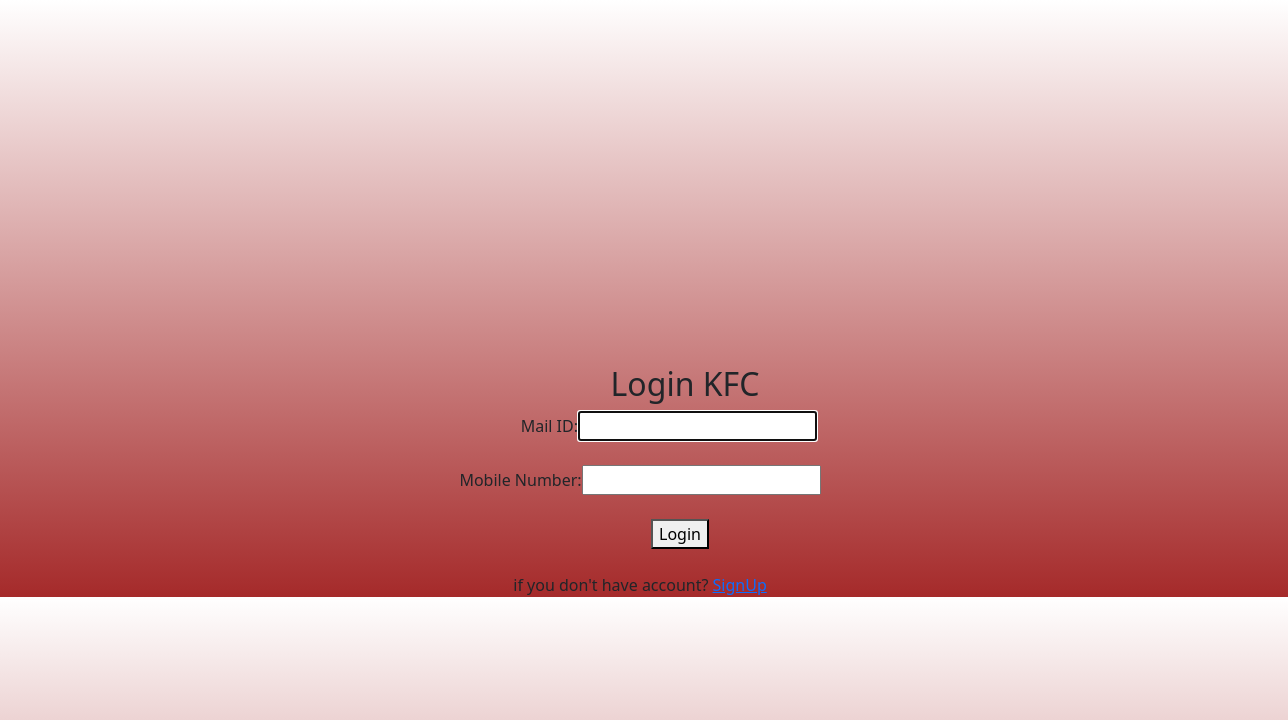
Repository: selvakumar46/Project-Maven
Page: http://localhost/ProjectKFC/login.jsp
The author's editor kept a copy of each file at every save. The page is drawn from the files as they stood at one save, then again after the next save.
The browser window is 1280 px wide. The page is 1288 px wide, then 1280 px, then 1288 px, so the pictures cover 1288 px, including what lies to the right of the window. The pictures show the whole page.
The page is served by Tomcat 9. Nobody is signed in. The application's start-up code is not run.

Above is the page before, as saved 2022-01-10 07:13:09.

After the next save:
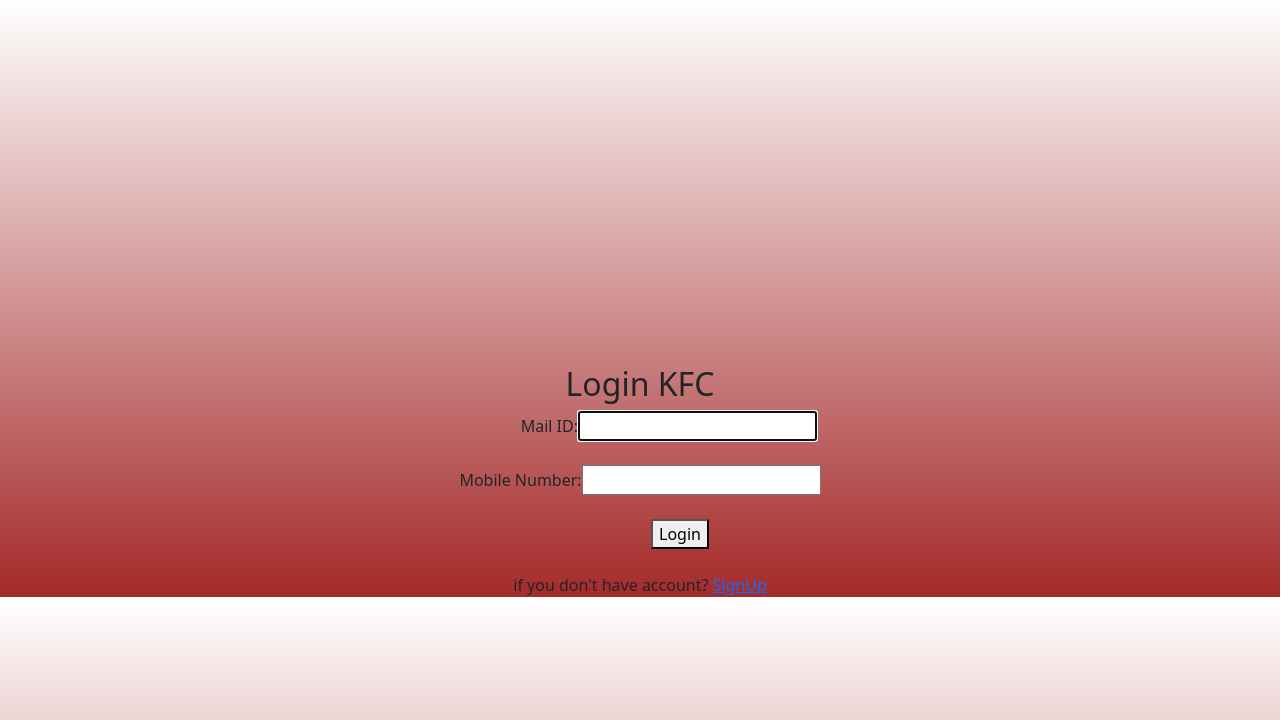
Saved 63 s later.
--- a/ProjectKFC/src/main/webapp/login.jsp
+++ b/ProjectKFC/src/main/webapp/login.jsp
@@ -23,10 +23,7 @@
 	marigin-botom:0px;
 
 }
-h2{
-	margin-right:-90px; ;
-	margin-top:50px;
-}
+
 label {
         display: inline-block;
         width: 155px;

After the save that followed:
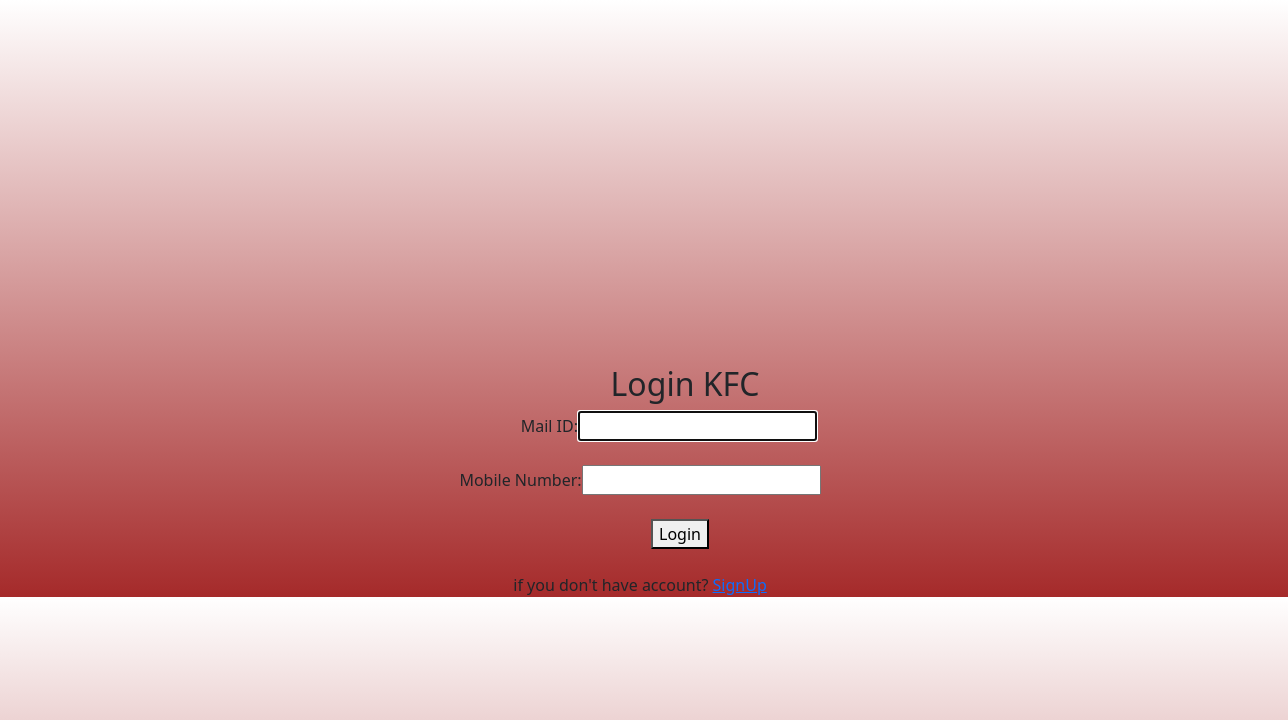
Saved 12 s later.
--- a/ProjectKFC/src/main/webapp/login.jsp
+++ b/ProjectKFC/src/main/webapp/login.jsp
@@ -23,7 +23,10 @@
 	marigin-botom:0px;
 
 }
-
+h2{
+	margin-right:-90px; ;
+	margin-top:50px;
+}
 label {
         display: inline-block;
         width: 155px;
